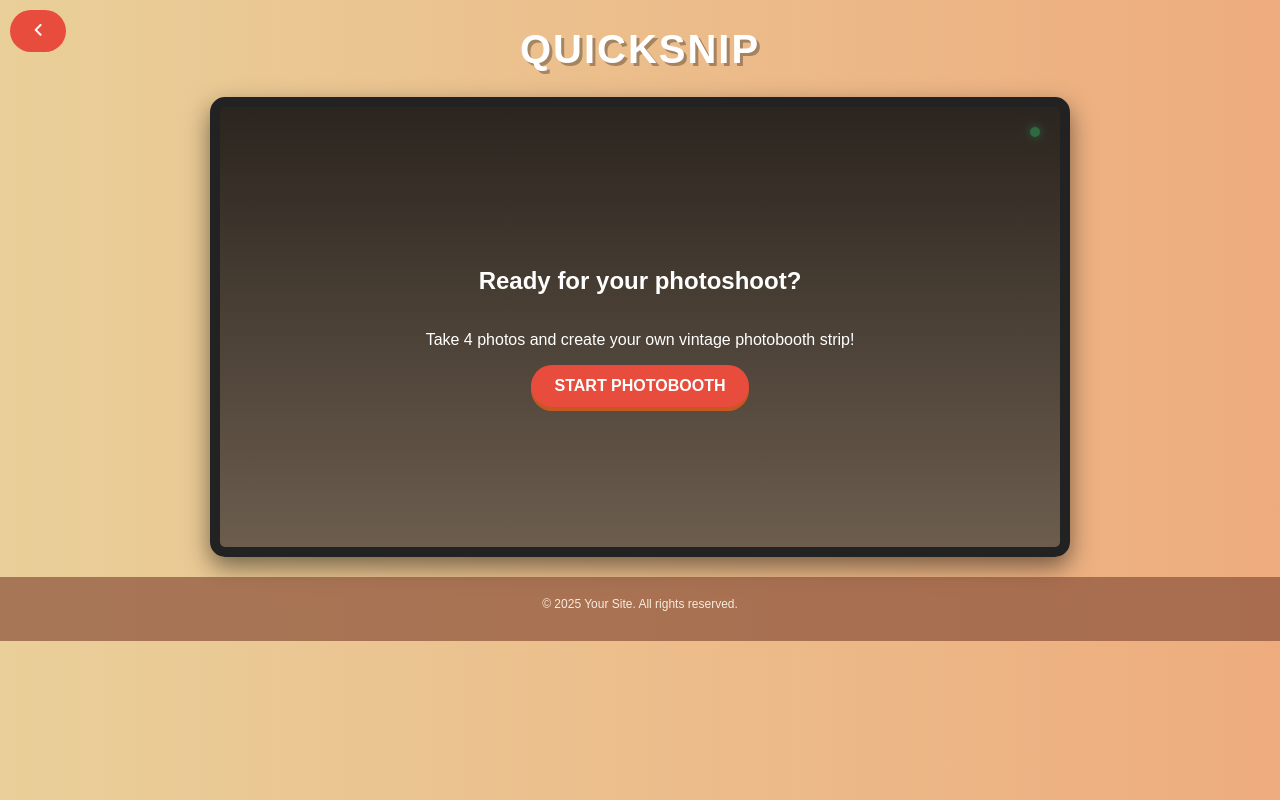
Repository: Strawb3rryjam/QuickSnip
Page: photobooth.html
These files come from the project's save history. The page is drawn as it stood at one moment and after the next save; the edit follows.
The browser window is 1280 px wide. The pictures show the whole page.
Some web fonts or font styles are not loaded; a fallback is used.

Above is the page before, as saved 2025-05-10 17:11:01.

After the next save:
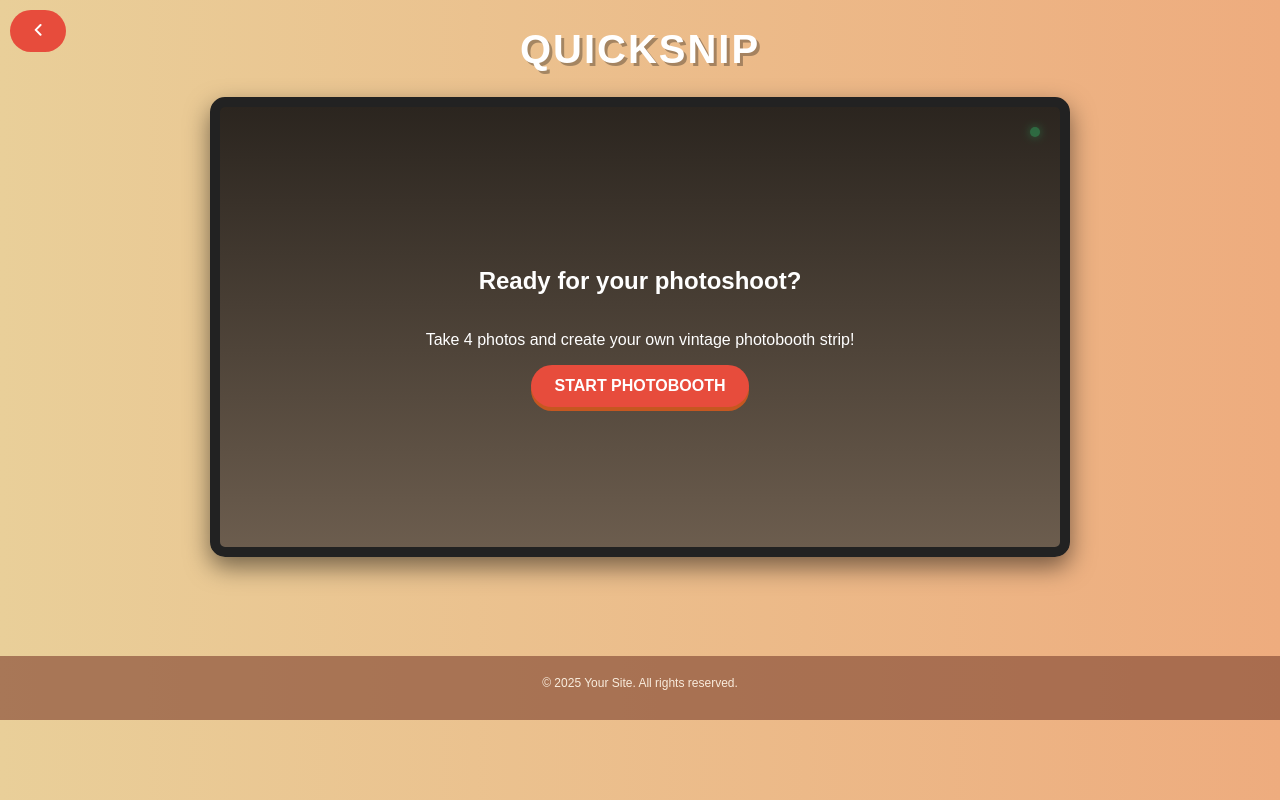
Saved 5 min 19 s later.
--- a/styles.css
+++ b/styles.css
@@ -324,6 +324,10 @@
   background-color: #8C523B;
   padding: 20px 0 30px;
   width: 100%;
+
+  position: fixed;
+  bottom: 0;
+  left: 0;
 }
 
 

After the save that followed:
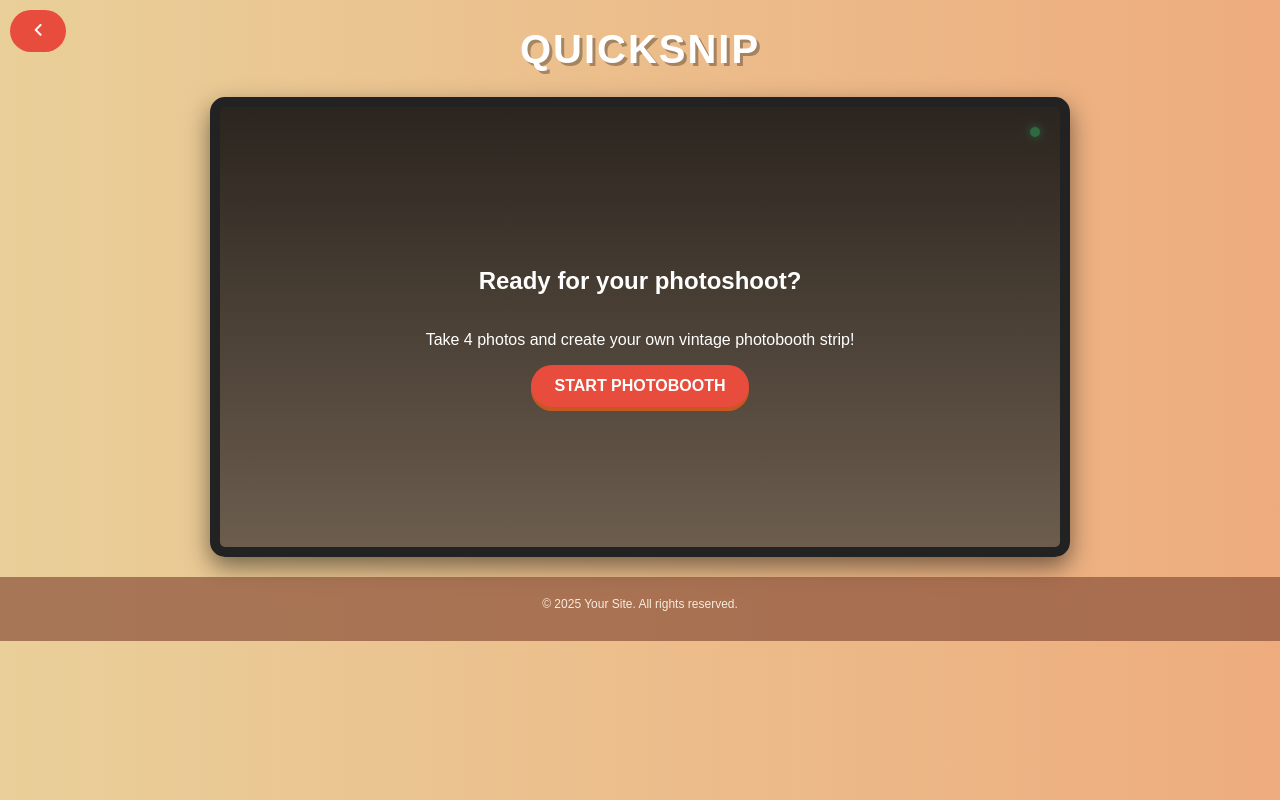
Saved 40 s later.
--- a/styles.css
+++ b/styles.css
@@ -324,10 +324,6 @@
   background-color: #8C523B;
   padding: 20px 0 30px;
   width: 100%;
-
-  position: fixed;
-  bottom: 0;
-  left: 0;
 }
 
 
